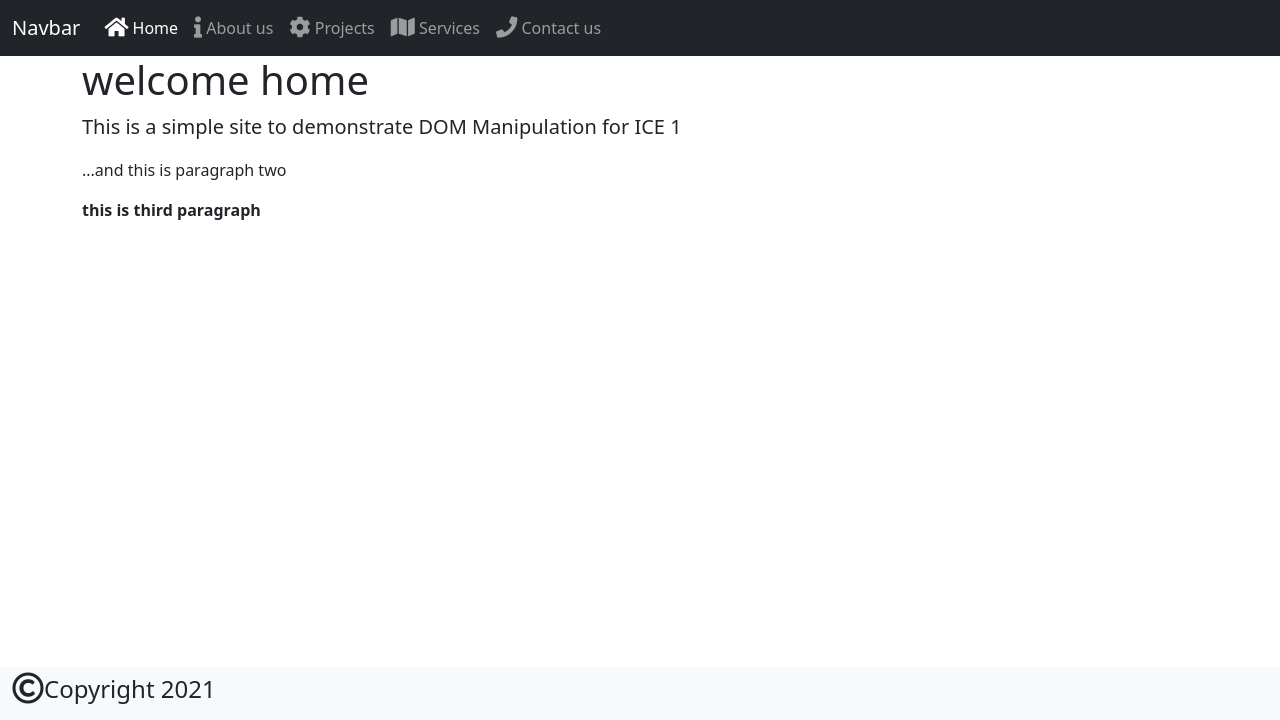
Repository: Hasib001/WEBD6201---W2021---ICE-1
Page: index.html
An editor plug-in stored every save of this project. The page is shown before and after the next save, followed by the edit.
The browser window is 1280 px wide. The pictures show the whole page.

Above is the page before, as saved 2021-02-06 13:52:50.

### index.html
<!DOCTYPE html>
<html lang="en">
<head>
    <meta charset="UTF-8">
    <meta name="viewport" content="width=device-width, initial-scale=1.0">
    <title>WEBD6201 - W2021 - ICE 1</title>
    <!--CSS Section -->
    <link rel="stylesheet" href="./node_modules/bootstrap/dist/css/bootstrap.min.css">
    <link rel="stylesheet" href="./node_modules/@fortawesome/fontawesome-free/css/all.css">
    <link rel="stylesheet" href="./Content/app.css" >
</head>
<body>

    <header>
        <nav class="navbar navbar-expand-lg navbar-dark bg-dark">
            <div class="container-fluid">
              <a class="navbar-brand" href="#">Navbar</a>
              <button class="navbar-toggler" type="button" data-bs-toggle="collapse" data-bs-target="#navbarSupportedContent" aria-controls="navbarSupportedContent" aria-expanded="false" aria-label="Toggle navigation">
                <span class="navbar-toggler-icon"></span>
              </button>
              <div class="collapse navbar-collapse" id="navbarSupportedContent">
                <ul class="navbar-nav me-auto mb-2 mb-lg-0">
                  <li class="nav-item">
                    <a class="nav-link active" aria-current="page" href="#"><i class="fas fa-home fa-lg"></i> Home</a>
                  </li>

                  <li class="nav-item">
                    <a class="nav-link" aria-current="page" href="#"><i class="fas fa-info fa-lg"></i> About us</a>
                  </li>

                  <li class="nav-item">
                    <a class="nav-link" aria-current="page" href="#"><i class="fas fa-cog fa-lg"></i> Projects</a>
                  </li>

                  <li class="nav-item">
                    <a class="nav-link" aria-current="page" href="#"><i class="fas fa-map fa-lg"></i> Services</a>
                  </li>

                  <li class="nav-item">
                    <a class="nav-link" aria-current="page" href="#"><i class="fas fa-phone fa-lg"></i> Contact us</a>
                  </li>

                </ul>

              </div>
            </div>
          </nav>

    </header>

    <div>
        <main class="container">
            <h1>Welcome to WEBD 6201</h1>
            <p id="paragraphOne"></p>
        </main>
    </div>

    <footer>
        <nav class="navbar fixed-bottom navbar-light bg-light">
            <div class="container-fluid">
              <h4><i class="far fa-copyright fa-lg"></i>Copyright 2021</h4>
            </div>
          </nav>

    </footer>


    <!--JAvascript section-->
    <script src="./node_modules/jquery/dist/jquery.min.js"></script>
    <script src="./node_modules/bootstrap/dist/js/bootstrap.bundle.min.js"></script>
    <script src="./Scripts/app.js" > </script>

</body>
</html>

### Content/app.css
/* css code goes here */

### Scripts/app.js
/* custom javaScript code goes here */

//IIFE - Immediately Invoked Function Expression
//AKA
//closure

"use strict";

(function()
{
    function Start()
    {
        console.log("App Started...");
        let paragraphOneText ="This is a simple site to demonstrate DOM Manipulation for ICE 1";

        let paragraphOneElement=document.getElementById("paragraphOne");

        paragraphOneElement.textContent=paragraphOneText;
        paragraphOneElement.className="fs-5";

        //step 1. document.create element
        let newParagraph = document.createElement("p");
        //step 2. configure element
        newParagraph.setAttribute("id","paragraphTwo");
        newParagraph.textContent="...and this is paragraph two";

        //step 3. select the parent element
        let mainContent = document.getElementsByTagName("main")[0];

        //step 4. Add/Insert the element
        mainContent.appendChild(newParagraph);

        newParagraph.className="fs-6";




        let paragraphDiv = document.createElement('div');
        let paragraphThree = '<p id="paragraphThree" class="fs-7 fw-bold">this is third paragraph</P>';
         paragraphDiv.innerHTML=paragraphThree;


        //insertion before paragraph
        //newParagraph.before(paragraphDiv);


        //insertion after
        newParagraph.after(paragraphDiv);

        //deletion
        //paragraphOneElement.remove();

        //update
        mainContent.firstElementChild.textContent = "welcome home";






    }

    window.addEventListener("load",Start);
}

)();

Loaded but not shown: node_modules/bootstrap/dist/css/bootstrap.min.css (library); node_modules/@fortawesome/fontawesome-free/css/all.css (library); node_modules/jquery/dist/jquery.min.js (library); node_modules/bootstrap/dist/js/bootstrap.bundle.min.js (library)

After the next save:
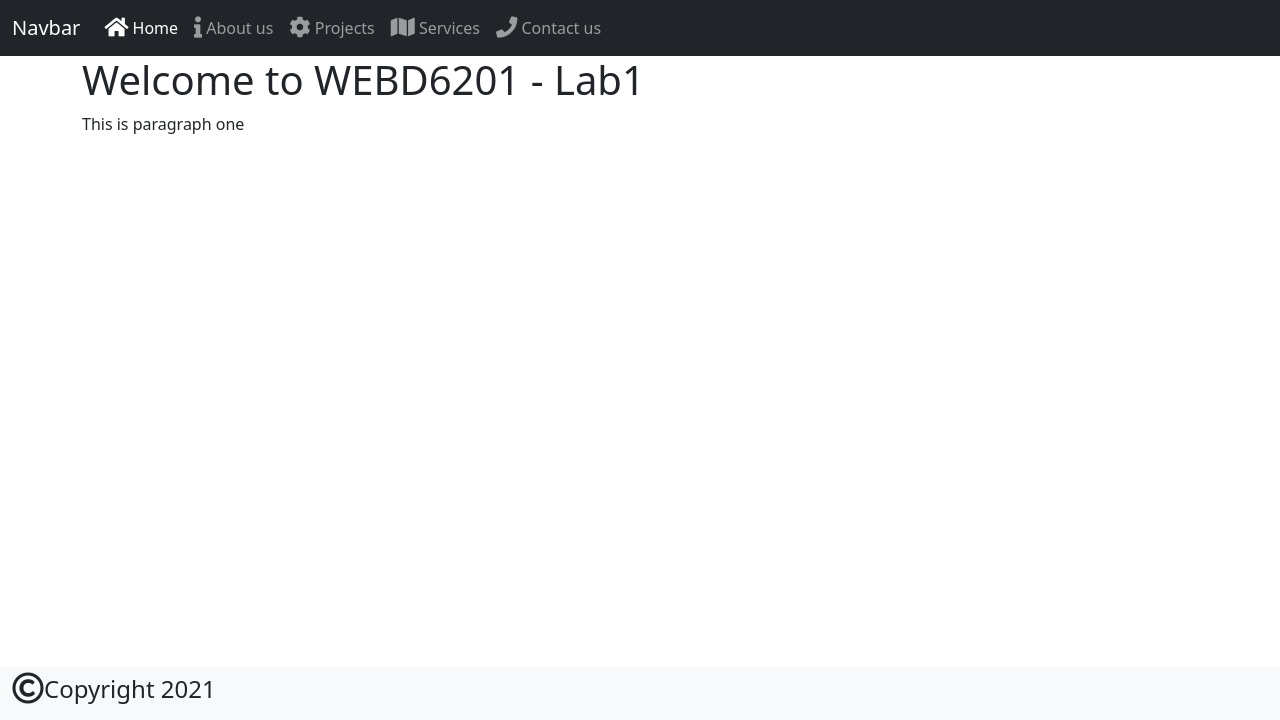
Saved 9 min 49 s later.
--- a/Scripts/app.js
+++ b/Scripts/app.js
@@ -51,7 +51,14 @@
         //paragraphOneElement.remove();
 
         //update
-        mainContent.firstElementChild.textContent = "welcome home";
+        //mainContent.firstElementChild.textContent = "welcome home!";
+
+        mainContent.innerHTML =
+        `<h1 id="firstHeading" >Welcome to WEBD6201 - Lab1 </h1>
+        <p id="paragraphOne">This is paragraph one</p>
+        `
+
+
 
 
 
